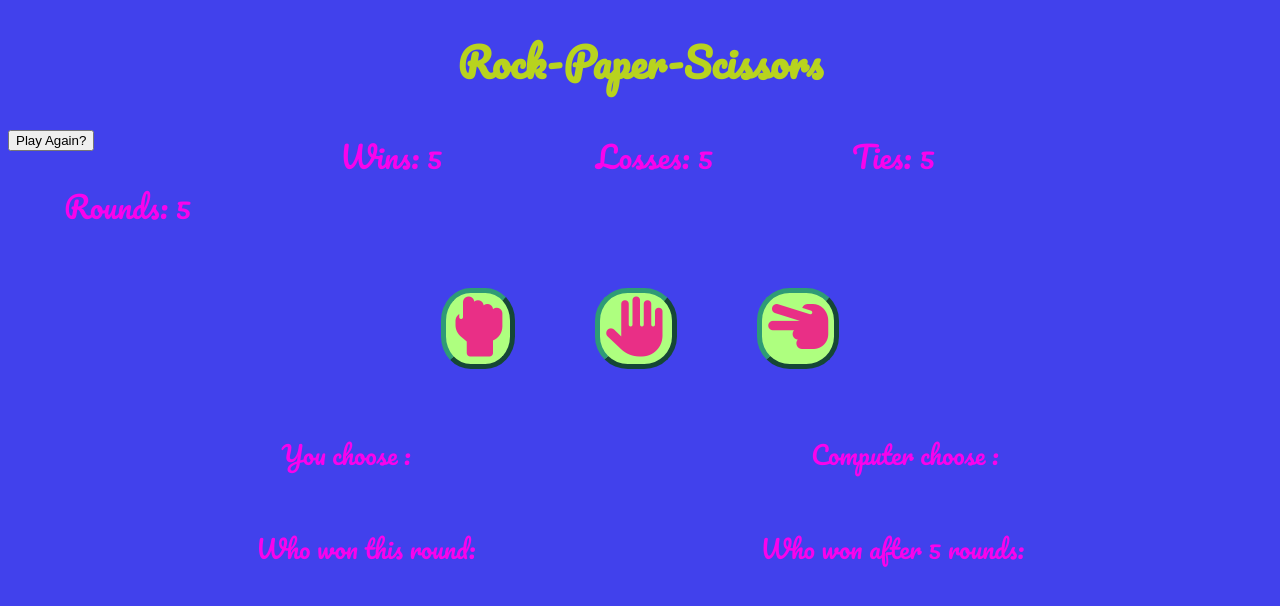
Repository: 0101chaitanya/Rock-Paper-Scissors
Page: index.html
These files come from the project's save history. The page is drawn as it stood at one moment and after the next save; the edit follows.
The browser window is 1280 px wide. The pictures show the whole page.
Some web libraries are served in a nearby version.

Above is the page before, as saved 2021-05-15 15:51:13.
Not found: linkk.js

### index.html
<!DOCTYPE html>
<html>

<head>
    <meta charset="utf-8">
    <title>Rock-Paper-Scissors</title>
    <link rel="stylesheet" href="style.css">
    <script src="https://kit.fontawesome.com/3dcaf9f6de.js" crossorigin="anonymous"></script>
    <link rel="preconnect" href="https://fonts.gstatic.com">
    <link href="https://fonts.googleapis.com/css2?family=Pacifico&display=swap" rel="stylesheet">
</head>

<body>
    <h1 id="welcome">Rock-Paper-Scissors</h1>
    <div id="div1">
        <span id="wins" class="score">Wins: 5</span>
        <span id="losses" class="score">Losses: 5</span>
        <span id="ties" class="score">Ties: 5</span>
    </div>
    <div id="div2">
        <span id="rounds">Rounds: 5</span>
    </div>
    <div id="div3">
        <button class="square" id="holder1" href="#"><i class="fas fa-hand-rock"></i></button>
        <button class="square" id="holder2" href="#"><i class="fas fa-hand-paper"></i></button>
        <button class="square" id="holder3" href="#"><i class="fas fa-hand-scissors"></i></button>
    </div>
    <div id="div4">
        <span id="you" class="player">You choose :</span>
        <span id="computer" class="player">Computer choose :</span>
    </div>
    <div id="div5">
        <span id="roundwin" class="round">Who won this round:</span>
        <span id="round5er" class="round">Who won after 5 rounds:</span>
    </div>
    <button id="repeat">Play Again?</button>
    <script type="text/javascript" src="linkk.js"></script>
</body>

</html>

### style.css
html{
    margin: 0;
    font-family: 'Pacifico', cursive;
    background-color:rgb(65, 65, 236);
display: block;
}

h1  {
       text-align: center;
     color:rgb(184, 211, 30) ;
    font-size: 40px;
}
#div1{
     display: flex;
     justify-content: space-evenly;
     font-size: 30px;
     color:rgb(248, 3, 236);
    position : fixed;
    top: 18%;
    }
.score {
        margin: auto 20px ;
    }
    #wins {
       position: fixed;
        left: 25%;

    }
    #losses {
       position: fixed;
        left: 45%;

    }
    #ties {
       position: fixed;
        left: 65%;

    }

#div2 {
     display: flex;
     justify-content: space-evenly;
     font-size: 30px;
     color:rgb(248, 3, 236);
    position : fixed;
    top: 25%;
    left: 5%;
}
 #div3 {
display: flex;
flex-direction: row;
justify-content:center;
position: fixed;
top: 40%;
align-content: center;
left: 50%;
right: 50%;
padding:0;
  }
.square{
    background-color: rgb(174, 255, 127);
    font-size: 60px;
    display: inline-block;
color: rgb(233, 47, 134);
border-radius: 40%;
border-width: 5px;
border-color:rgb(46, 155, 118);
margin:auto 40px;
}
#div4 {
     display: flex;
     flex-direction: row;
     justify-content: center;
     font-size: 25px;
     color:rgb(248, 3, 236);
    position : fixed;
    top: 60%;
    padding: auto;

}
#you {
   position: fixed;
        left: 22%;

}
#computer {
     position: fixed;
        right: 22%;

}
#div5 {
     display: flex;
     flex-direction: row;
     justify-content: center;
     font-size: 25px;
     color:rgb(248, 3, 236);
    position : fixed;
    top: 73%;
    padding: auto;

}
#roundwin {
      position: fixed;
        left: 20%;
}
#round5er{
      position: fixed;
        right: 20%;

}

After the next save:
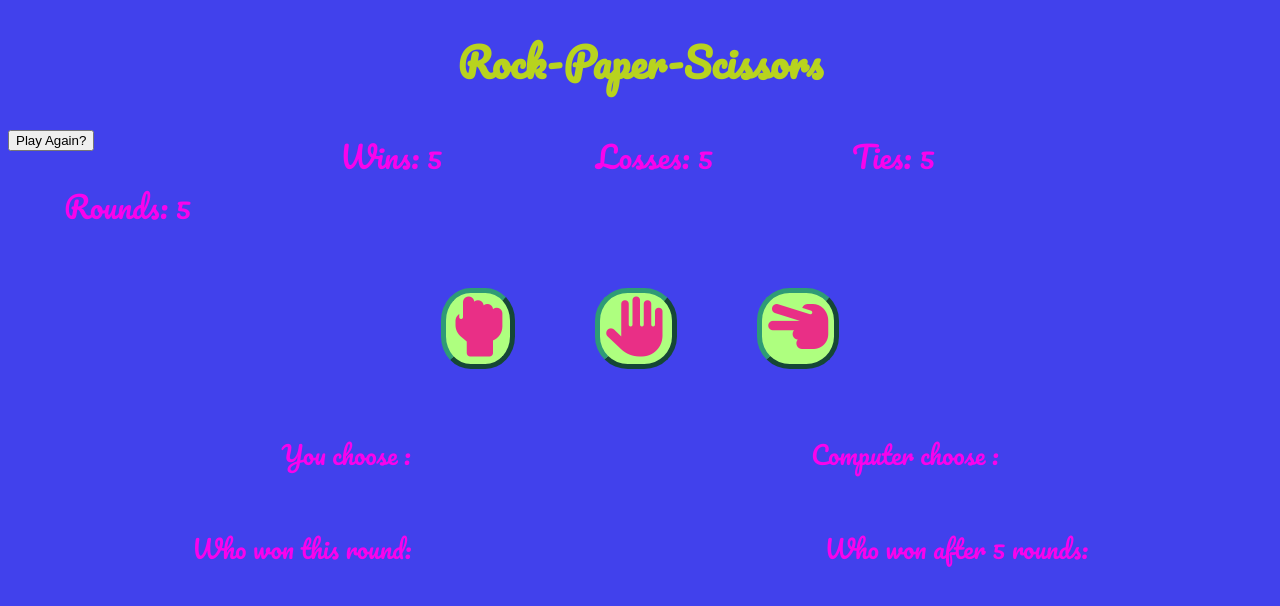
Saved 9 s later.
--- a/style.css
+++ b/style.css
@@ -101,10 +101,10 @@ margin:auto 40px;
 }
 #roundwin {
       position: fixed;
-        left: 20%;
+        left: 15%;
 }
 #round5er{
       position: fixed;
-        right: 20%;
+        right: 15%;
 
 }
